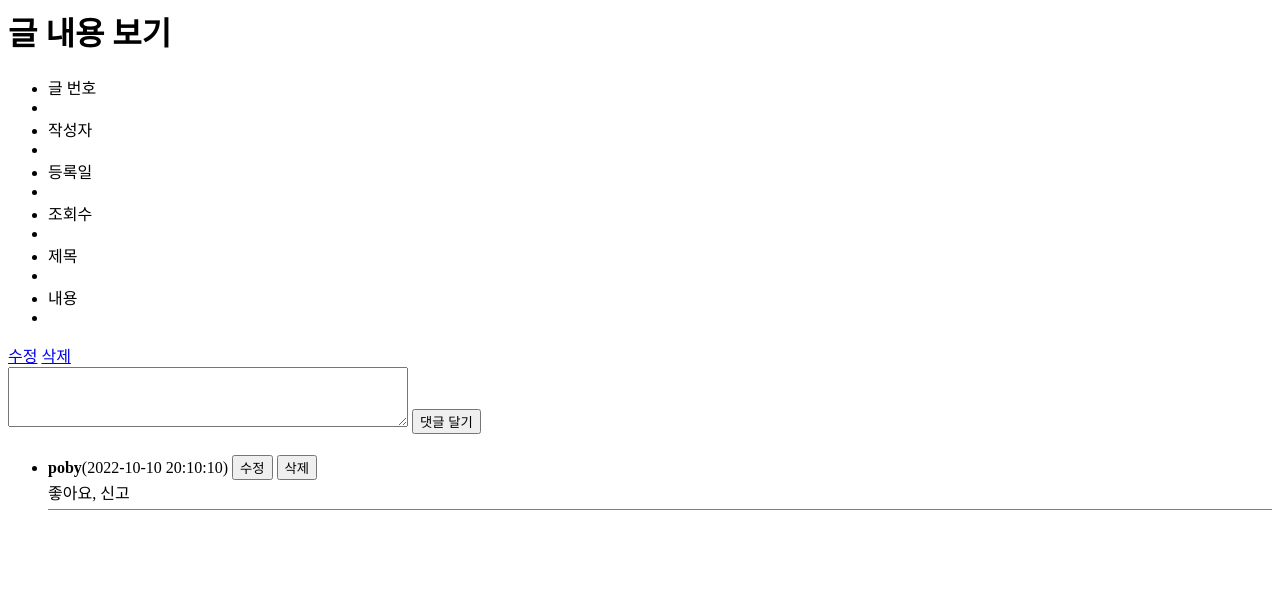
Repository: smg1024/StudySpring
Page: http://localhost/webSpringTest/WEB-INF/views/board/boardView.jsp
These files come from the project's save history. The page is drawn as it stood at one moment and after the next save; the edit follows.
The browser window is 1280 px wide. The pictures show the whole page.
The page is served by Tomcat 9. Nobody is signed in. Other server files are loaded and not shown. The template is opened directly, without the code that normally fills it, so the values that code supplies are empty.

Above is the page before, as saved 2022-12-20 01:31:15.

### webSpringTest/src/main/webapp/WEB-INF/views/board/boardView.jsp
<%@ page language="java" contentType="text/html; charset=UTF-8"
    pageEncoding="UTF-8"%>
<%@ taglib uri="http://java.sun.com/jsp/jstl/core" prefix="c" %>
<!-- attribute : vo -->
<title>${ vo.subject }</title>
<style>
	#content{
		width:400px;
		height:60px;
	}
	#commentList>li{
		border-bottom:1px solid gray;
		padding:5px 0px;
	}
</style>
<script>
	function delCheck(){
		location.href = "/myapp/board/boardDel?postno=${vo.postno}";
	}
</script>
<div class="container">
	<h1>글 내용 보기</h1>
	<ul>
		<li>글 번호</li>
		<li>${ vo.postno }</li>
		<li>작성자</li>
		<li>${ vo.username }</li>
		<li>등록일</li>
		<li>${ vo.regdate }</li>
		<li>조회수</li>
		<li>${ vo.hitcount }</li>
		<li>제목</li>
		<li>${ vo.subject }</li>
		<li>내용</li>
		<li>${ vo.content }</li>
	</ul>
	<div>
		<a href="/myapp/board/boardEdit?postno=${ vo.postno }">수정</a>
		<a href="javascript:delCheck()">삭제</a>
	</div>
	<!-- 댓글 등록 form -->
	<form method="post" id="commentForm">
		<!-- 원글 고유번호 -->
		<input type="hidden" name="postno" value="${ vo.postno }">
		<textarea name="content" id="content"></textarea>
		<input type="submit" value="댓글 달기">
	</form>
	<!-- 기존 댓글 목록 -->
	<ul id="commentList">
		<li>
			<div><b>poby</b>(2022-10-10 20:10:10)
				<input type="button" value="수정">
				<input type="button" value="삭제">
			</div>
			<div>좋아요, 신고</div>
		</li>
	</ul>
</div>

After the next save:
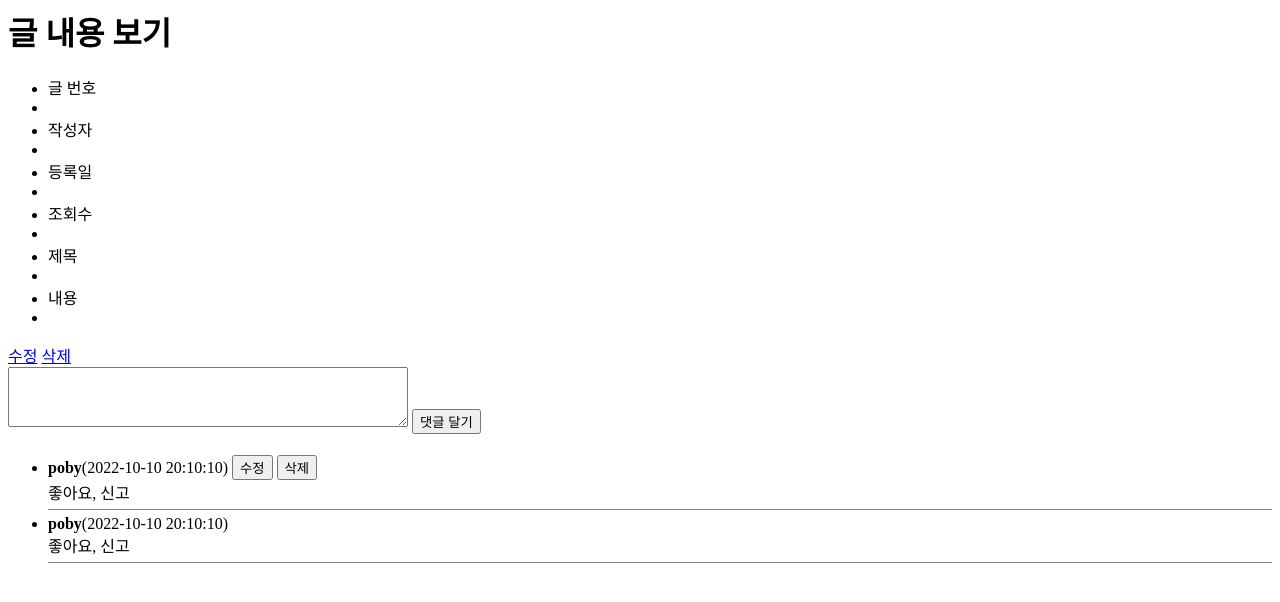
Saved 32 s later.
--- a/webSpringTest/src/main/webapp/WEB-INF/views/board/boardView.jsp
+++ b/webSpringTest/src/main/webapp/WEB-INF/views/board/boardView.jsp
@@ -54,5 +54,10 @@
 			</div>
 			<div>좋아요, 신고</div>
 		</li>
+		<li>
+			<div><b>poby</b>(2022-10-10 20:10:10)
+			</div>
+			<div>좋아요, 신고</div>
+		</li>
 	</ul>
 </div>
